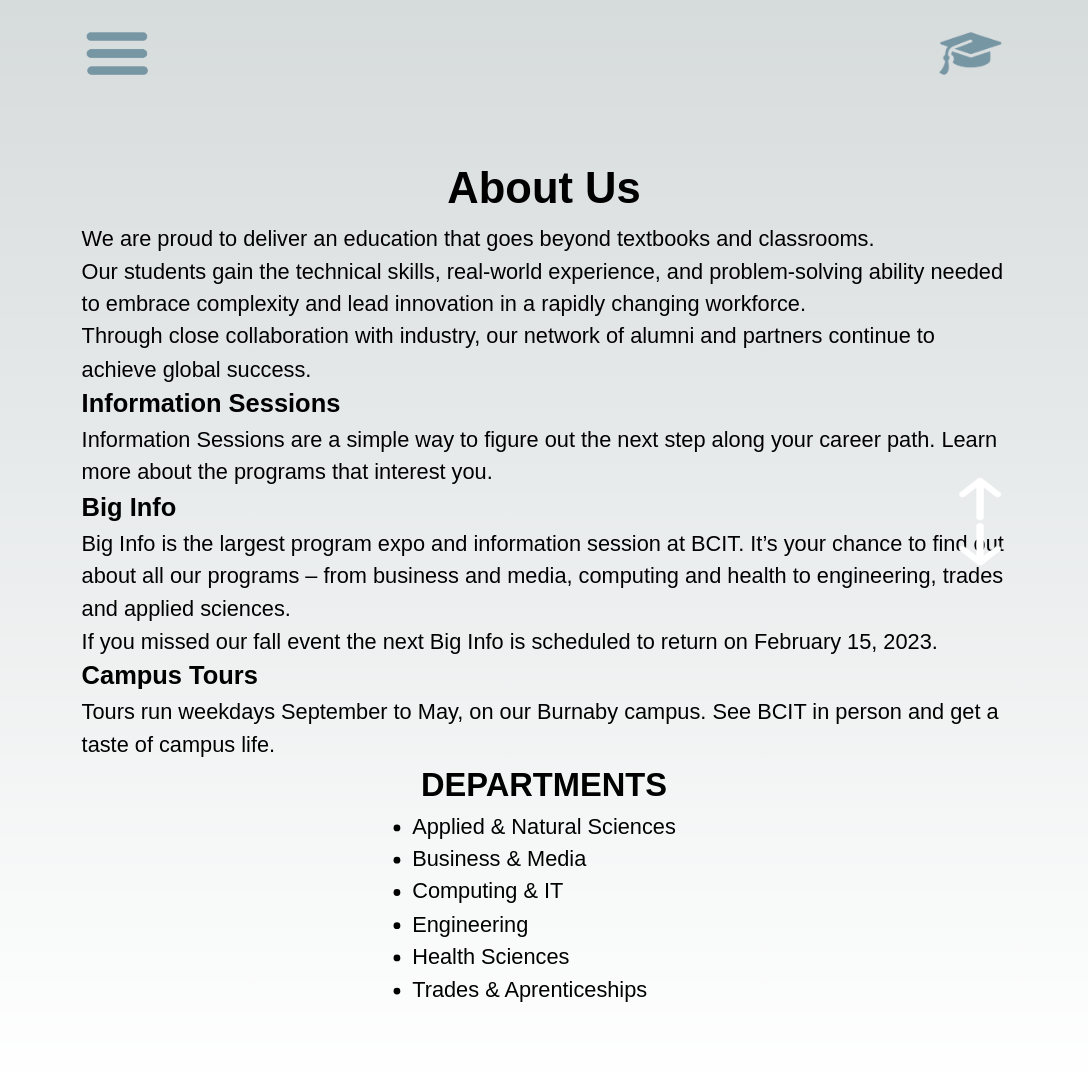
Repository: Kinakopan/playwright_bcit
Page: /contact
An editor plug-in stored every save of this project. The page is shown before and after the next save, followed by the edit.
The browser window is 1280 px wide. The pictures show the whole page, at 85% of full size.
Some web fonts or font styles are not loaded; a fallback is used. The project was rebuilt for these pictures with package versions that can differ from the ones it lists, and the page was loaded fresh each time. The framework's server and built-in components were replaced by stand-ins that run in the browser. Also part of the build but not shown: next.config.js.

Above is the page before, as saved 2023-01-28 14:21:59.

### pages/_app.js
// import '@/styles/globals.css'
import '../styles/globals.css'
import '../styles/variables.css'
import Head from 'next/head'

export default function App({ Component, pageProps }) {
  return (
    <>
      <Head>
        <title>Example #1</title>
        <meta name="description" content="Generated by create next app" />
        <meta name="viewport" content="width=device-width, initial-scale=1" />
        <link href="https://fonts.googleapis.com/css2?family=Myriad+Pro:wght@100;400;700&display=swap" rel="stylesheet" />
        <link rel="icon" href="/favicon.ico" />
      </Head>
      <Component {...pageProps} />
    </>
  )
}

### pages/contact.js
import styles from "@/styles/Home.module.css";
import Arrow from "/components/arrow";
import Navbar from "/components/navbar";
import { Inter } from "@next/font/google";

const inter = Inter({ subsets: ["latin"] });

export default function Contact() {
  return (
    <>
      <div className={`${styles.body} ${styles.body_contact}`}>
        <div className={styles.wrapper}>
          <Navbar />

          {/* Main contents under nav bar */}
          <main className={styles.main}>
            {/* About Us */}
            <h1 className={styles.text_heading1}>About Us</h1>

            <div className={`${styles.cont_section} ${styles.cont_section1}`}>
              <p className={styles.text_body}>
                We are proud to deliver an education that goes beyond textbooks
                and classrooms.
              </p>

              <p className={styles.text_body}>
                Our students gain the technical skills, real-world experience,
                and problem-solving ability needed to embrace complexity and
                lead innovation in a rapidly changing workforce.
              </p>

              <p className={styles.text_body}>
                Through close collaboration with industry, our network of alumni
                and partners continue to achieve global success.
              </p>

              <h3 className={styles.text_heading2}>Information Sessions</h3>

              <p className={styles.text_body}>
                Information Sessions are a simple way to figure out the next
                step along your career path. Learn more about the programs that
                interest you.
              </p>

              <h3 className={styles.text_heading2}>Big Info</h3>

              <p className={styles.text_body}>
                Big Info is the largest program expo and information session at
                BCIT. It’s your chance to find out about all our programs – from
                business and media, computing and health to engineering, trades
                and applied sciences.
                <br />
                If you missed our fall event the next Big Info is scheduled to
                return on February 15, 2023.
              </p>

              <h3 className={styles.text_heading2}>Campus Tours</h3>

              <p className={styles.text_body}>
                Tours run weekdays September to May, on our Burnaby campus. See
                BCIT in person and get a taste of campus life.
              </p>

            </div>

            {/* DEPARTMENTS */}
            <h2 className={styles.text_heading1}>DEPARTMENTS</h2>

            <div className={`${styles.cont_section} ${styles.cont_section2}`}>
              <ul className={styles.box_list}>
                <li>Applied & Natural Sciences</li>
                <li>Business & Media</li>
                <li>Computing & IT</li>
                <li>Engineering</li>
                <li>Health Sciences</li>
                <li>Trades & Aprenticeships</li>
              </ul>
            </div>
          </main>

          <Arrow/>
        </div>
      </div>
    </>
  );
}

### styles/variables.css
:root {
  --primary-color: |#fff;
  --secondary-color: #F4D6B9;
  --ternary-color: #7796A4;
  --quaternary-color: #14343D;
  --quinary-color: rgba(16,46,53,0.5);
}

### styles/Home.module.css
@import '/styles/variables.css';

.main {
  display: flex;
  flex-direction: column;
  justify-content: space-between;
  align-items: center;
  padding: 6rem;
  min-height: 100vh;
}

.description {
  display: inherit;
  justify-content: inherit;
  align-items: inherit;
  font-size: 0.85rem;
  max-width: var(--max-width);
  width: 100%;
  z-index: 2;
  font-family: var(--font-mono);
}

.description a {
  display: flex;
  justify-content: center;
  align-items: center;
  gap: 0.5rem;
}

.description p {
  position: relative;
  margin: 0;
  padding: 1rem;
  background-color: rgba(var(--callout-rgb), 0.5);
  border: 1px solid rgba(var(--callout-border-rgb), 0.3);
  border-radius: var(--border-radius);
}

.code {
  font-weight: 700;
  font-family: var(--font-mono);
}

.grid {
  display: grid;
  grid-template-columns: repeat(4, minmax(25%, auto));
  width: var(--max-width);
  max-width: 100%;
}

.card {
  padding: 1rem 1.2rem;
  border-radius: var(--border-radius);
  background: rgba(var(--card-rgb), 0);
  border: 1px solid rgba(var(--card-border-rgb), 0);
  transition: background 200ms, border 200ms;
}

.card span {
  display: inline-block;
  transition: transform 200ms;
}

.card h2 {
  font-weight: 600;
  margin-bottom: 0.7rem;
}

.card p {
  margin: 0;
  opacity: 0.6;
  font-size: 0.9rem;
  line-height: 1.5;
  max-width: 30ch;
}

.center {
  display: flex;
  justify-content: center;
  align-items: center;
  position: relative;
  padding: 4rem 0;
}

.center::before {
  background: var(--secondary-glow);
  border-radius: 50%;
  width: 480px;
  height: 360px;
  margin-left: -400px;
}

.center::after {
  background: var(--primary-glow);
  width: 240px;
  height: 180px;
  z-index: -1;
}

.center::before,
.center::after {
  content: '';
  left: 50%;
  position: absolute;
  filter: blur(45px);
  transform: translateZ(0);
}

.logo,
.thirteen {
  position: relative;
}

.thirteen {
  display: flex;
  justify-content: center;
  align-items: center;
  width: 75px;
  height: 75px;
  padding: 25px 10px;
  margin-left: 16px;
  transform: translateZ(0);
  border-radius: var(--border-radius);
  overflow: hidden;
  box-shadow: 0px 2px 8px -1px #0000001a;
}

.thirteen::before,
.thirteen::after {
  content: '';
  position: absolute;
  z-index: -1;
}

/* Conic Gradient Animation */
.thirteen::before {
  animation: 6s rotate linear infinite;
  width: 200%;
  height: 200%;
  background: var(--tile-border);
}

/* Inner Square */
.thirteen::after {
  inset: 0;
  padding: 1px;
  border-radius: var(--border-radius);
  background: linear-gradient(
    to bottom right,
    rgba(var(--tile-start-rgb), 1),
    rgba(var(--tile-end-rgb), 1)
  );
  background-clip: content-box;
}

/* Enable hover only on non-touch devices */
@media (hover: hover) and (pointer: fine) {
  .card:hover {
    background: rgba(var(--card-rgb), 0.1);
    border: 1px solid rgba(var(--card-border-rgb), 0.15);
  }

  .card:hover span {
    transform: translateX(4px);
  }
}

@media (prefers-reduced-motion) {
  .thirteen::before {
    animation: none;
  }

  .card:hover span {
    transform: none;
  }
}

/* Mobile */
@media (max-width: 700px) {
  .content {
    padding: 4rem;
  }

  .grid {
    grid-template-columns: 1fr;
    margin-bottom: 120px;
    max-width: 320px;
    text-align: center;
  }

  .card {
    padding: 1rem 2.5rem;
  }

  .card h2 {
    margin-bottom: 0.5rem;
  }

  .center {
    padding: 8rem 0 6rem;
  }

  .center::before {
    transform: none;
    height: 300px;
  }

  .description {
    font-size: 0.8rem;
  }

  .description a {
    padding: 1rem;
  }

  .description p,
  .description div {
    display: flex;
    justify-content: center;
    position: fixed;
    width: 100%;
  }

  .description p {
    align-items: center;
    inset: 0 0 auto;
    padding: 2rem 1rem 1.4rem;
    border-radius: 0;
    border: none;
    border-bottom: 1px solid rgba(var(--callout-border-rgb), 0.25);
    background: linear-gradient(
      to bottom,
      rgba(var(--background-start-rgb), 1),
      rgba(var(--callout-rgb), 0.5)
    );
    background-clip: padding-box;
    backdrop-filter: blur(24px);
  }

  .description div {
    align-items: flex-end;
    pointer-events: none;
    inset: auto 0 0;
    padding: 2rem;
    height: 200px;
    background: linear-gradient(
      to bottom,
      transparent 0%,
      rgb(var(--background-end-rgb)) 40%
    );
    z-index: 1;
  }
}

/* Tablet and Smaller Desktop */
@media (min-width: 701px) and (max-width: 1120px) {
  .grid {
    grid-template-columns: repeat(2, 50%);
  }
}

@media (prefers-color-scheme: dark) {
  .vercelLogo {
    filter: invert(1);
  }

  .logo,
  .thirteen img {
    filter: invert(1) drop-shadow(0 0 0.3rem #ffffff70);
  }
}

@keyframes rotate {
  from {
    transform: rotate(360deg);
  }
  to {
    transform: rotate(0deg);
  }
}



/*****************************
******************************
            AUTHOR
******************************
*****************************/

/*============================
    From here - Common Style
============================*/
/* From here - components/navbar.js */
.nav {
  display: flex;
  flex-direction: row;
  justify-content: space-between;
  width: 100%;
  padding: 3% 8% 0 8%;
}

.burgar,
.hat {
  width: fit-content;
}

/* From here - components/arrow.js */
.arrowBox {
  flex: 1;
  display: flex;
  flex-direction: column;
  justify-content: space-between;
  align-items: flex-end;
  position: fixed;
  width: fit-content;
  height: 12%;
  right: 8%;
  bottom: 10%;
}

.arrowBox * {
  background: transparent;
  border: none;
}

/* From here - general */
.body,
.wrapper {
  display: flex;
  flex-direction: column;
  width: 100vw;
}

.body {
  /* font-size: 62.5%; */
  background-size: cover;
  background-position: center;
  background-repeat: no-repeat;
  line-height: 1.5;
  font-family: 'Myriad Pro', sans-serif;
  font-weight: 100;
  text-align: left;
}

.wrapper {
  font-size: 1.6rem;
  background-size: cover;
}

.main {
  display: flex;
  width: 100%;
}

/* .text_heading_h1 {

}

.text_heading_h2 {

} */
/*============================
    From here - Home Page
============================*/
.body_home {
  height: 100vh;
  overflow: hidden;
}

.body_home .main {
  flex-direction: row;
  justify-content: flex-start;
  align-items: flex-end;
  padding: 0 0 12% 21%;
}

.body_home .cont_main {
  display: flex;
  flex-direction: column;
  width: 48%;
}

.body_home .cont_main * {
  color: var(--primary-color);
}

.body_home .text_heading1 {
  font-family: 'Myriad Pro', sans-serif;
  /* font-size: 3.6rem; */
  font-size: 220%;
  line-height: 1.3;
  padding-bottom: 3%;
  margin-bottom: 3%;
  border-bottom: 4px solid;
  border-image: linear-gradient(to right, rgba(244,214,185,1) 0%, rgba(244,214,185,1) 69%, rgba(244,214,185,0) 69%, rgba(244,214,185,0) 100%) 1;
}

.body_home .text_body,
.body_home .box_btn * {
  opacity: .9;
}

.body_home .box_btn {
  display: flex;
  flex-direction: row;
}

.body_home .box_btn * {
  font-size: 1.4rem;
  background: transparent;
  padding: .3% 3%;
  border: 3px solid;
  border-color: var(--primary-color);
  border-radius: 10px;
  margin: 3% 2.5% 0 0;
}

.body_home .btn_about:hover {
  color: transparent;
  background: white;
}

/*============================
    From here - About Page
============================*/
.body_about {
  background: var(--quaternary-color);
}

.body_about .text_heading1 {
  display: flex;
  align-items: center;
  width: 100%;
  padding: 5% 0;
}

.body_about .text_heading1:before,
.body_about .text_heading1:after {
  content: "";
  height: 4px;
  flex-grow: 1;
  background: var(--secondary-color);
}

.body_about .text_heading1:before {
  margin-right: 5%;
}

.body_about .text_heading1:after {
  margin-left: 5%;
}

.body_about .cont_section {
  display: flex;
  flex-direction: column;
  justify-content: flex-start;
}

.body_about .cont_section1 {
  width: 60%;
}

.body_about .cont_section2 {
  width: 25%;
  padding-left: 5%;
}

.body_about .text_heading2,
.body_about .text_body {
  margin-bottom: 3%;
}

.body_about .text_heading2 {
  justify-content: flex-start;
}

.body_about .text_body,
.body_about .box_list *  {
  opacity: .8;
}

.body_about .box_list * {
  list-style: none;
  line-height: 3;
}

/* Carousel */
.carousel_cont {
  display: flex;
  align-self: center;
  width: 70%;
  margin-top: 5%;
  padding-top: 35%;
  overflow: hidden;
  position: relative;
}

.carousel_wrapper {
  display: flex;
  justify-content: center;
  width: 100%;
  height: 100%;
  position: absolute;
  top: 0;
  left: 0;
}

.carousel_slide {
  width: 100%;
  height: 100%;
  background-size: cover;
  background-position: top center;
}

.carousel_position {
  position: absolute;
  top: 50%;
  transform: translateY(-50%);
}

.carousel_text {
  display: flex;
  justify-content: center;
  align-items: center;
}

.carousel_text:before {
  content: "";
  background: var(--quaternary-color);
  position: absolute;
  z-index: -1;
  width: 100%;
  height: 100%;
  padding: 7% 5%;
  opacity: .5;
}

.carousel_slide:not(.carousel_active),
.carousel_text:not(.carousel_active) {
  display: none;
}

.carousel_prevBtn,
.carousel_nextBtn {
  font-size: 2rem;
  cursor: pointer;
  border: none;
  background: transparent;
}

.carousel_prevBtn {
  left: 10%;
}

.carousel_nextBtn {
  right: 10%;
}


/*============================
    From here - Contact Page
============================*/

### components/arrow.js
import Image from 'next/image';
import styles from '@/styles/Home.module.css';

export default function Arrow() {
  return (
    <div className={styles.arrowBox}>
      <button
        className={styles.arrowDown}
        onClick={() => setUpArrowClicked(true)}
      >
        <Image
          src='/icons/upwardArrow.png'
          alt="Upward arrow icon"
          width={50}
          height={50}
        />
      </button>

      <button
        className={styles.arrowDown}
        onClick={() => setDownArrowClicked(true)}
      >
        <Image
          src='/icons/downwardArrow.png'
          alt="Downward arrow icon"
          width={50}
          height={50}
        />
      </button>
    </div>
  )
}

### components/navbar.js
import Image from 'next/image';
import styles from '@/styles/Home.module.css';

export default function Navbar() {
  return (
    <nav className={styles.nav}>
      <Image
        className={styles.burgar}
        src='/icons/menu-icon.png'
        alt="menu icon"
        width={50}
        height={50}
      />
      <Image
        className={styles.hat}
        src='/icons/graduation-hat.png'
        alt="Graduation hat icon"
        width={50}
        height={50}
      />
    </nav>
  )
}

Loaded but not shown: pages/_document.js (common file); styles/globals.css (common file)

After the next save:
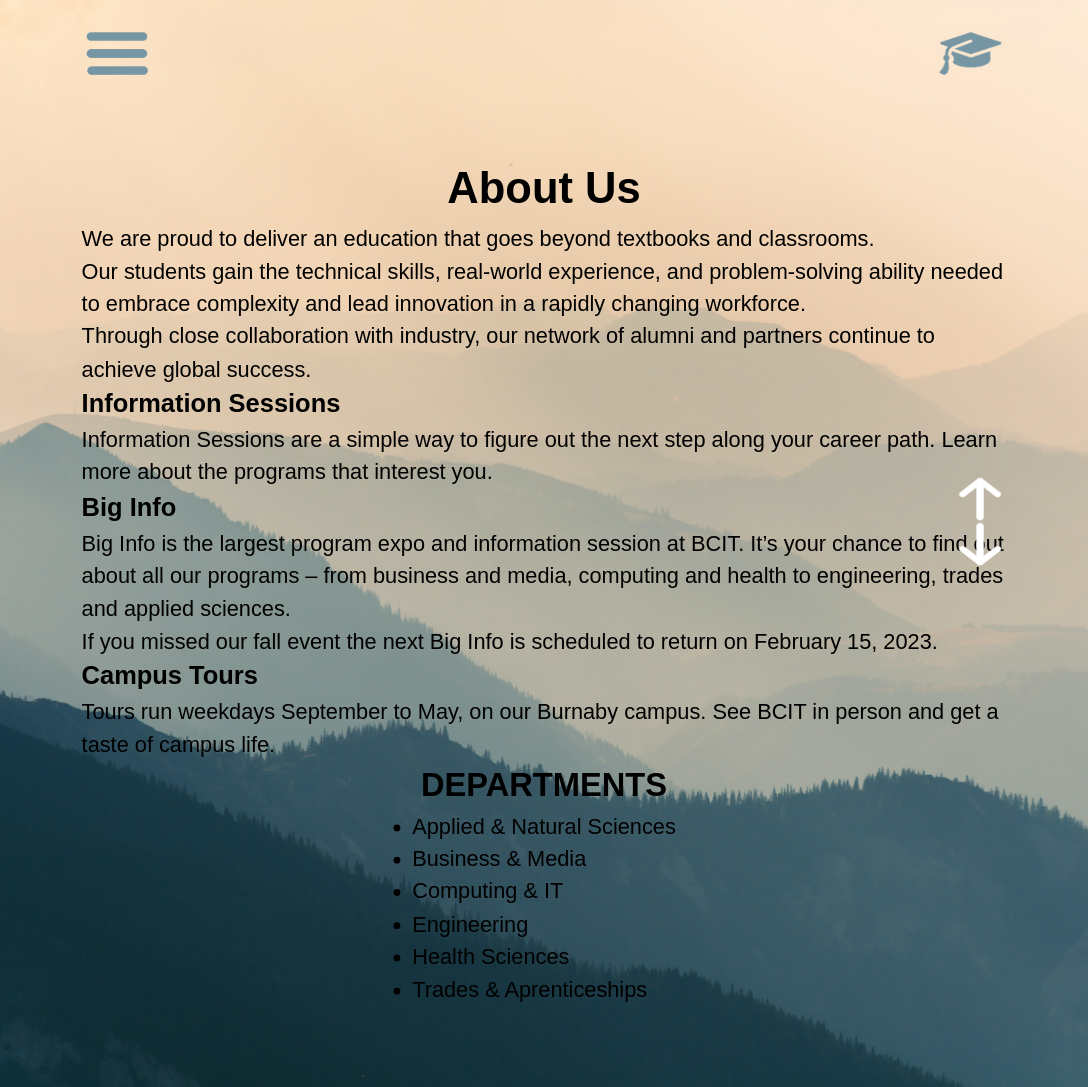
Saved 2 s later.
--- a/pages/contact.js
+++ b/pages/contact.js
@@ -8,7 +8,10 @@ const inter = Inter({ subsets: ["latin"] });
 export default function Contact() {
   return (
     <>
-      <div className={`${styles.body} ${styles.body_contact}`}>
+      <div
+        className={`${styles.body} ${styles.body_contact}`}
+        style={{backgroundImage: `url(/background-images/backgroundMountain.jpg)`}}
+      >
         <div className={styles.wrapper}>
           <Navbar />
 
